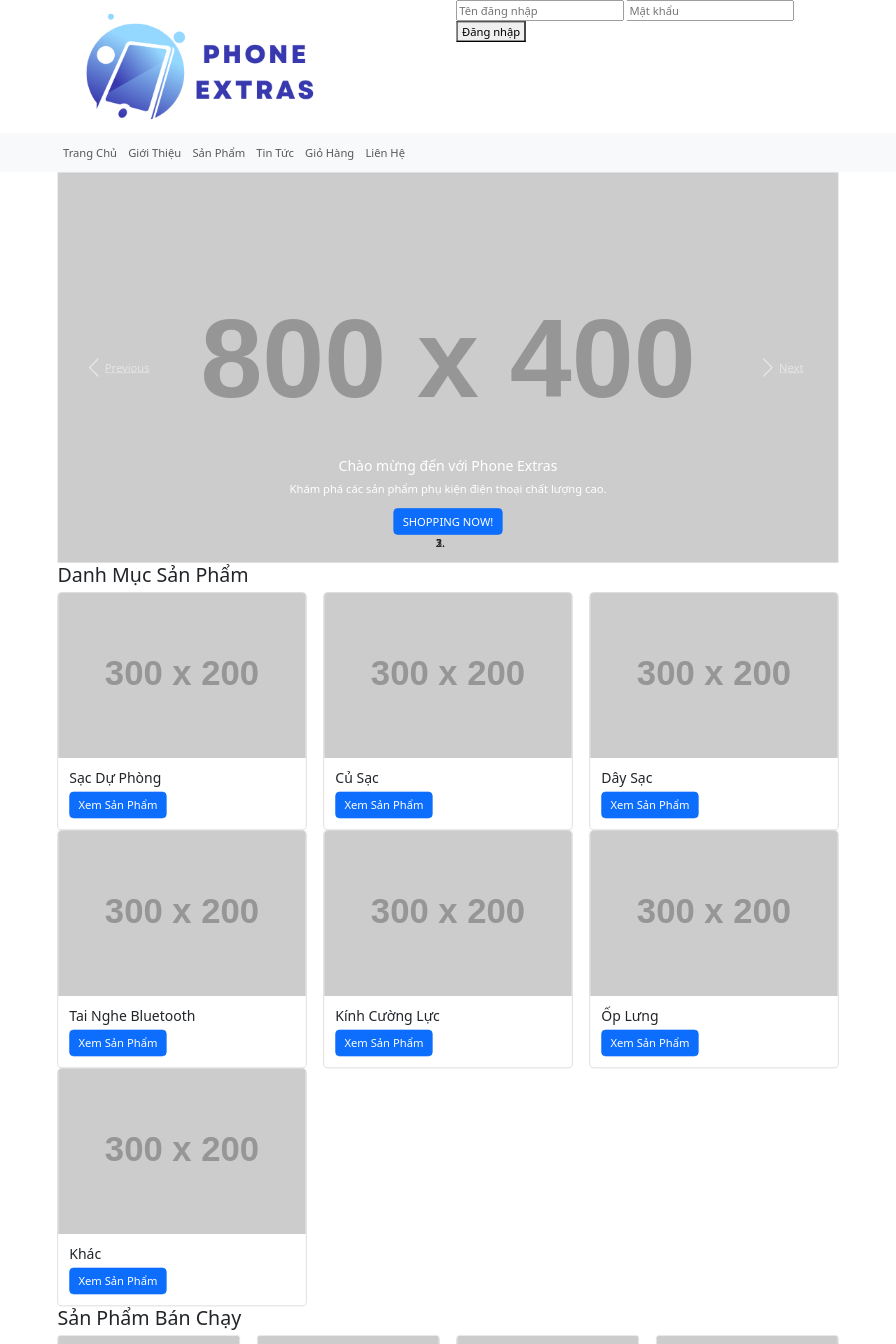
Repository: munnkawaii/BTL-PhoneExtras
Page: html/index.html
The author's editor kept a copy of each file at every save. The page is drawn from the files as they stood at one save, then again after a run of saves.
The browser window is 1280 px wide. The pictures show the part of the page from y = 0 to 1920 px (the page is 2661 px tall before and 2127 px after), at 70% of full size.

Above is the page before, as saved 2024-11-12 21:02:28.

After the next 3 saves:
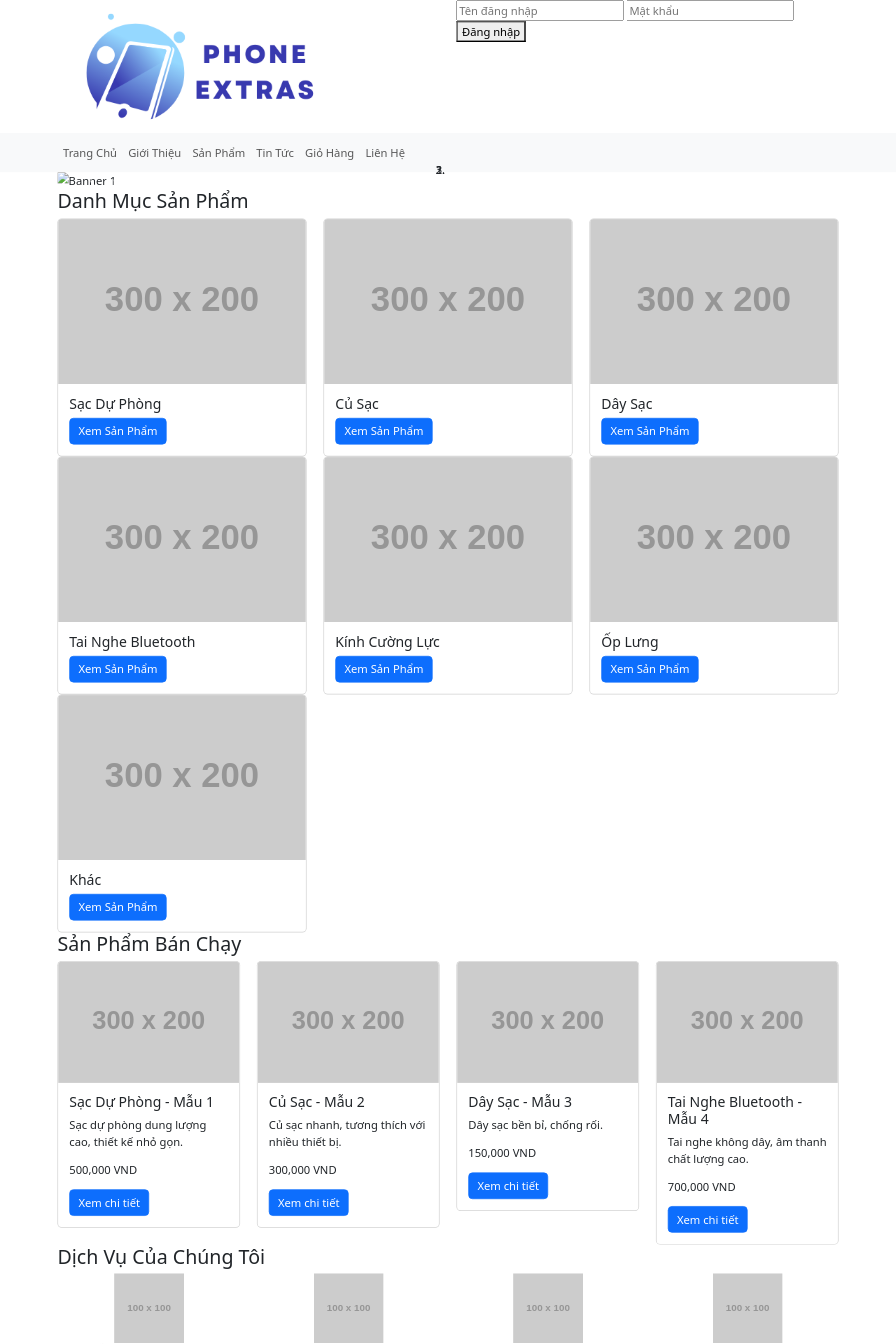
Not found: img/PhoneABanner800x400px.png
The 3 saves are shown as one change because they came seconds apart.
The last was saved 4 min 37 s later.
--- a/html/index.html
+++ b/html/index.html
@@ -73,7 +73,7 @@
                 </ol>
                 <div class="carousel-inner">
                     <div class="carousel-item active">
-                        <img src="https://via.placeholder.com/800x400" class="d-block w-100" alt="Banner 1">
+                        <img src="../img/PhoneABanner800x400px.png" class="d-block w-100" alt="Banner 1">
                         <div class="carousel-caption d-none d-md-block">
                             <h5>Chào mừng đến với Phone Extras</h5>
                             <p>Khám phá các sản phẩm phụ kiện điện thoại chất lượng cao.</p>
